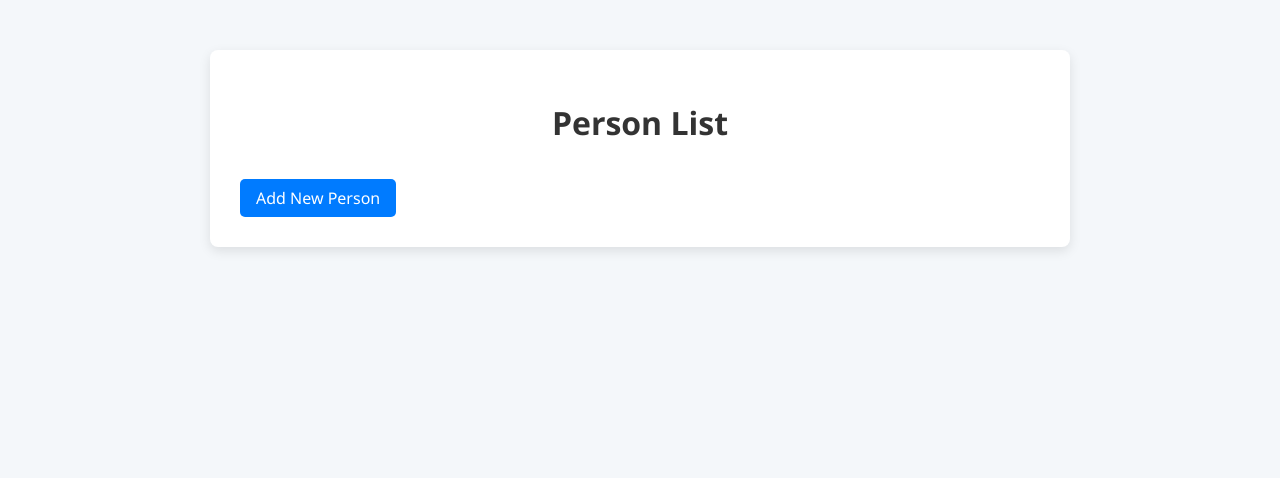
Repository: anjalikumari2207/person-api
Page: http://localhost/person/
These files come from the project's save history. The page is drawn as it stood at one moment and after the next save; the edit follows.
The browser window is 1280 px wide. The pictures show the whole page.
The page is served by the project's Node server (index.js). Other server files are loaded and not shown. Queries for data that is not in the repository find no rows.

Above is the page before, as saved 2025-04-13 18:58:15.

### views/index.ejs
<!DOCTYPE html>
<html>
<head>
  <title>Person List</title>
  <link rel="stylesheet" href="/css/style.css">
</head>
<body>
  <div class="container">
    <h1>Person List</h1>
    <ul>
      <% people.forEach(person => { %>
        <li><%= person.name %></li>
      <% }) %>
    </ul>
    <a class="button" href="/person/new">Add New Person</a>
  </div>
</body>
</html>

### index.js
const express = require('express');
const mongoose = require('mongoose');
const bodyParser = require('body-parser');
const methodOverride = require('method-override');

const app = express();
const personRoutes = require('./routes/personRoutes');

// ✅ MongoDB Atlas Connection
mongoose.connect("mongodb+srv://anjalikumari1153:admin123@cluster0.boq2ebj.mongodb.net/personDB")
  .then(() => console.log("✅ Connected to MongoDB Atlas"))
  .catch((err) => console.error("❌ MongoDB connection error:", err));

app.set('view engine', 'ejs');
app.use(express.static('public'));
app.use(bodyParser.urlencoded({ extended: true }));
app.use(methodOverride('_method'));

app.use('/person', personRoutes);
app.get('/', (req, res) => {
    res.send('Welcome to the Person API!');
  });

app.listen(3000, () => {
  console.log('Server started on http://localhost:3000');
});

### routes/personRoutes.js
const express = require('express');
const router = express.Router();
const Person = require('../models/Person');


// ✅ Add Person Form Route
router.get('/add', (req, res) => {
  res.render('add', {
    pageTitle: 'Add New Person',
    person: null,
    method: 'POST',
    formAction: '/person',
    buttonLabel: 'Add Person'
  });
});

// ✅ Edit Person Form Route
router.get('/:id/edit', async (req, res) => {
  try {
    const person = await Person.findById(req.params.id);
    res.render('add', {
      pageTitle: 'Edit Person',
      person,
      method: 'PUT',
      formAction: `/person/${req.params.id}`,
      buttonLabel: 'Update Person'
    });
  } catch (err) {
    res.status(500).send('Error fetching person for editing');
  }
});

// ✅ Handle Create
router.post('/', async (req, res) => {
  const newPerson = new Person({
    name: req.body.name,
    age: req.body.age
  });
  await newPerson.save();
  res.redirect('/person');
});

// ✅ Handle Update
router.put('/:id', async (req, res) => {
  await Person.findByIdAndUpdate(req.params.id, {
    name: req.body.name,
    age: req.body.age
  });
  res.redirect('/person');
});

// ✅ List People
router.get('/', async (req, res) => {
  const people = await Person.find();
  res.render('index', { people });
});

// ✅ Delete
router.delete('/:id', async (req, res) => {
  await Person.findByIdAndDelete(req.params.id);
  res.redirect('/person');
});

module.exports = router;

### public/css/style.css
/* person-api/public/css/style.css */

body {
    font-family: 'Segoe UI', Tahoma, Geneva, Verdana, sans-serif;
    background-color: #f4f7fa;
    margin: 0;
    padding: 0;
  }

  .container {
    max-width: 800px;
    margin: 50px auto;
    background: white;
    padding: 30px;
    border-radius: 8px;
    box-shadow: 0 4px 12px rgba(0, 0, 0, 0.1);
  }

  h1 {
    text-align: center;
    color: #333;
    margin-bottom: 20px;
  }

  ul {
    list-style: none;
    padding: 0;
  }

  li {
    padding: 10px;
    border-bottom: 1px solid #ddd;
    font-size: 18px;
  }

  li:last-child {
    border-bottom: none;
  }

  a.button {
    display: inline-block;
    padding: 8px 16px;
    margin-top: 15px;
    background-color: #007bff;
    color: white;
    border-radius: 5px;
    text-decoration: none;
    text-align: center;
  }

  a.button:hover {
    background-color: #0056b3;
  }
  /* Add this at the bottom of style.css */

form {
    display: flex;
    flex-direction: column;
  }

  .form-group {
    margin-bottom: 15px;
  }

  label {
    font-weight: bold;
    margin-bottom: 5px;
    display: block;
  }

  input[type="text"],
  input[type="number"] {
    padding: 10px;
    width: 100%;
    border: 1px solid #ccc;
    border-radius: 5px;
    box-sizing: border-box;
  }

  .btn {
    background-color: #28a745;
    color: white;
    padding: 10px 18px;
    border: none;
    border-radius: 5px;
    cursor: pointer;
    text-transform: uppercase;
    font-weight: bold;
  }

  .btn:hover {
    background-color: #218838;
  }

After the next save:
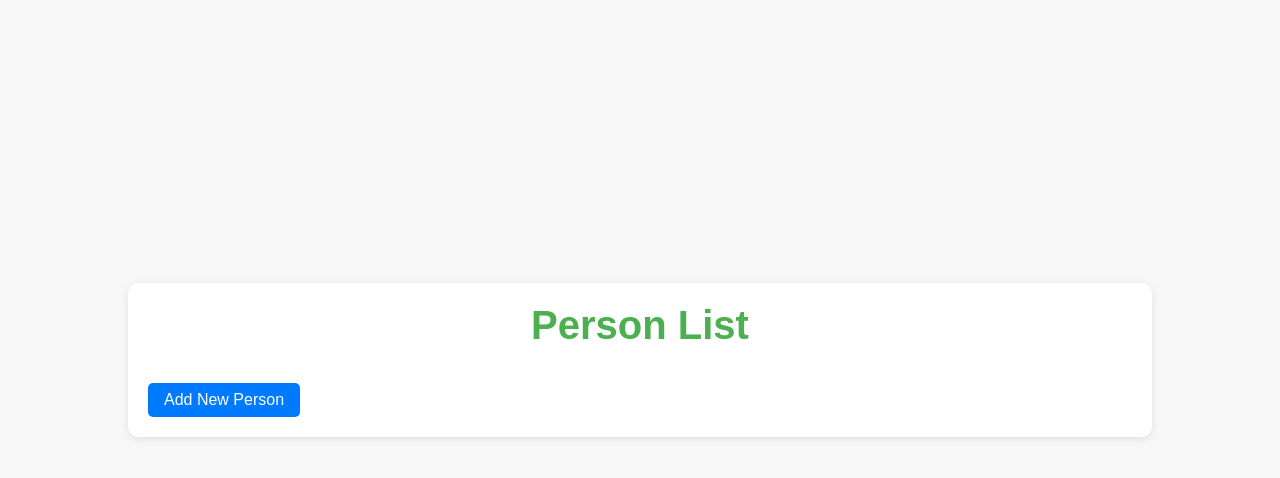
Saved 88 s later.
--- a/public/css/style.css
+++ b/public/css/style.css
@@ -91,3 +91,112 @@ form {
   .btn:hover {
     background-color: #218838;
   }
+  /* style.css */
+
+/* General Reset */
+* {
+    margin: 0;
+    padding: 0;
+    box-sizing: border-box;
+    font-family: 'Arial', sans-serif;
+  }
+
+  /* Background and Layout */
+  body {
+    background-color: #f8f8f8;
+    color: #333;
+    display: flex;
+    justify-content: center;
+    align-items: center;
+    min-height: 100vh;
+  }
+
+  /* Container */
+  .container {
+    width: 80%;
+    max-width: 1200px;
+    margin: 0 auto;
+    padding: 20px;
+    background-color: white;
+    border-radius: 10px;
+    box-shadow: 0 2px 10px rgba(0, 0, 0, 0.1);
+  }
+
+  /* Header */
+  h1 {
+    font-size: 2.5rem;
+    color: #4CAF50;
+    text-align: center;
+    margin-bottom: 20px;
+  }
+
+  /* Button Styling */
+  button {
+    background-color: #4CAF50;
+    color: white;
+    padding: 10px 20px;
+    border: none;
+    border-radius: 5px;
+    cursor: pointer;
+    font-size: 1rem;
+    transition: background-color 0.3s;
+  }
+
+  button:hover {
+    background-color: #45a049;
+  }
+
+  /* Form Input Styling */
+  input[type="text"],
+  input[type="number"],
+  input[type="email"],
+  textarea {
+    width: 100%;
+    padding: 10px;
+    margin: 10px 0;
+    border: 1px solid #ddd;
+    border-radius: 5px;
+    font-size: 1rem;
+  }
+
+  input[type="text"]:focus,
+  input[type="number"]:focus,
+  input[type="email"]:focus,
+  textarea:focus {
+    border-color: #4CAF50;
+    outline: none;
+  }
+
+  /* Table Styling */
+  table {
+    width: 100%;
+    margin-top: 20px;
+    border-collapse: collapse;
+  }
+
+  table th,
+  table td {
+    padding: 10px;
+    text-align: left;
+    border-bottom: 1px solid #ddd;
+  }
+
+  table th {
+    background-color: #4CAF50;
+    color: white;
+  }
+
+  table tr:hover {
+    background-color: #f1f1f1;
+  }
+
+  /* Footer */
+  footer {
+    text-align: center;
+    padding: 20px 0;
+    background-color: #333;
+    color: white;
+    position: fixed;
+    width: 100%;
+    bottom: 0;
+  }
